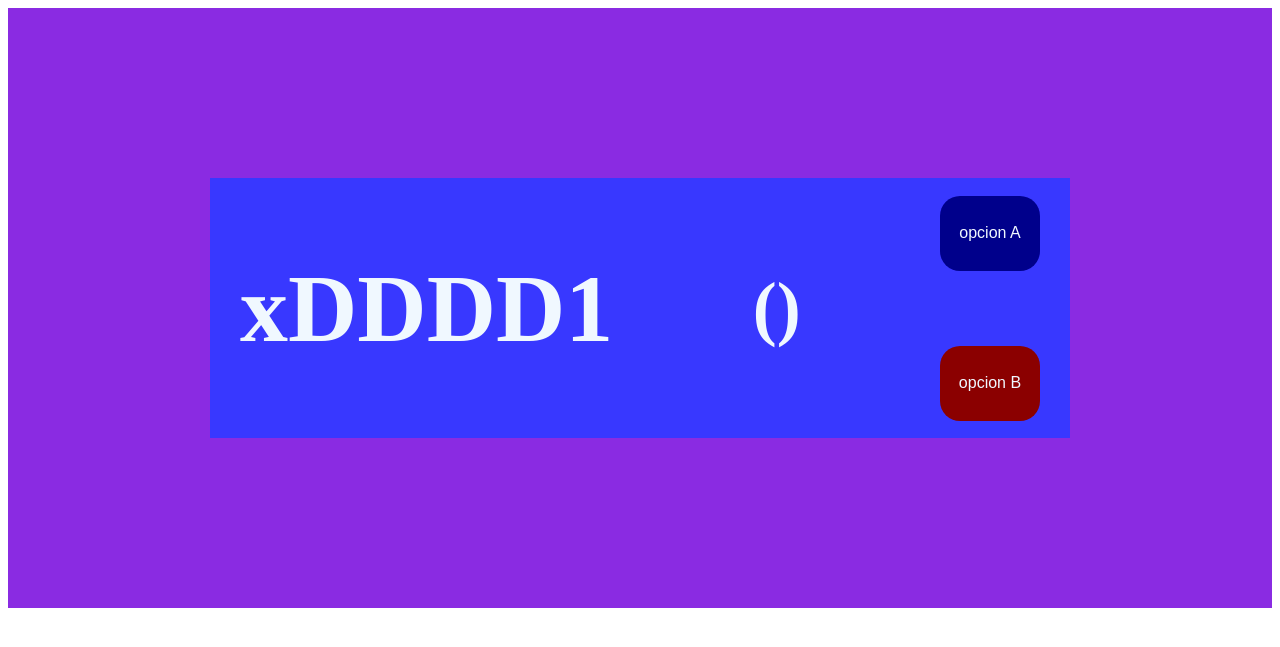
Repository: eschala/Proyecto_Clonaci-n_Kahoot_2023-2
Page: Borrador_Samir_Kahoot_NEW/Prueaba_Validar.html
The author's editor kept a copy of each file at every save. The page is drawn from the files as they stood at one save, then again after a run of saves.
The browser window is 1280 px wide. The pictures show the whole page.

Above is the page before, as saved 2023-11-29 13:24:46.

After the next 2 saves:
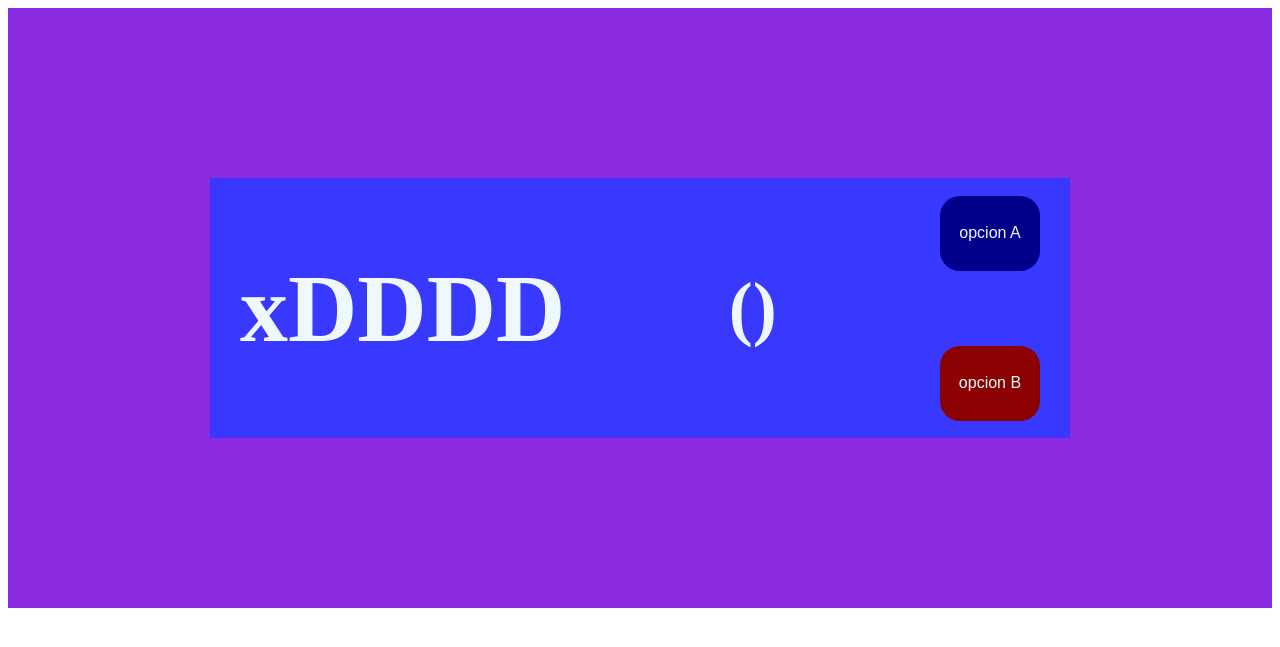
The 2 saves are shown as one change because they came seconds apart.
The last was saved 10 s later.
--- a/Borrador_Samir_Kahoot_NEW/respuesta_VALIDAR.js
+++ b/Borrador_Samir_Kahoot_NEW/respuesta_VALIDAR.js
@@ -28,7 +28,7 @@ const intervalo= segundos*1000;
 
 
 var funcionPrueba=()=>{
-    tituloClass_E.innerHTML="xDDDD"+1;
+    tituloClass_E.innerHTML="xDDDD";
 }
 
 
